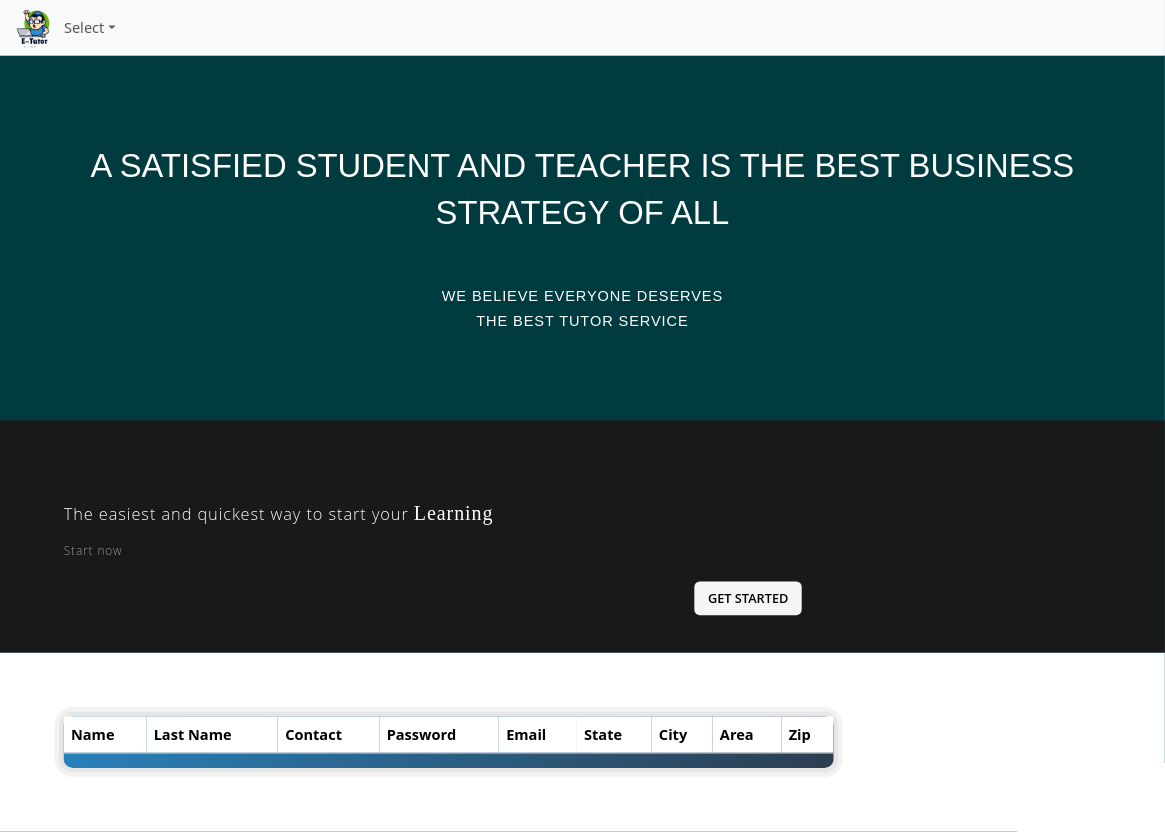
Repository: shailesh89-art/E-tutor-springboot-hibernate
Page: http://localhost/TUTOR_INVENTOR_1/pages/parent_Admin_edit.jsp
These files come from the project's save history. The page is drawn as it stood at one moment and after the next save; the edit follows.
The browser window is 1280 px wide. The pictures show the whole page, at 91% of full size.
Some web libraries are served in a nearby version. The page is served by Tomcat 9. Other server files are loaded and not shown. The template is opened directly, without the code that normally fills it, so the values that code supplies are empty.

Above is the page before, as saved 2023-05-03 14:15:13.

### TUTOR_INVENTOR_1/src/main/webapp/pages/parent_Admin_edit.jsp
<%@ taglib uri="http://www.springframework.org/tags/form" prefix="form"%> <%@ taglib uri="http://java.sun.com/jsp/jstl/core" prefix="c"%>
<!doctype html>
<html lang="en">
  <head>
    <!-- Required meta tags -->
    <meta charset="utf-8">
    <meta name="viewport" content="width=device-width, initial-scale=1, shrink-to-fit=no">

    <!-- Bootstrap CSS -->
      <link href="https://cdn.jsdelivr.net/npm/bootstrap@5.3.0-alpha1/dist/css/bootstrap.min.css" rel="stylesheet" integrity="sha384-GLhlTQ8iRABdZLl6O3oVMWSktQOp6b7In1Zl3/Jr59b6EGGoI1aFkw7cmDA6j6gD" crossorigin="anonymous">
    <script src="https://cdn.jsdelivr.net/npm/bootstrap@5.3.0-alpha1/dist/js/bootstrap.bundle.min.js" integrity="sha384-w76AqPfDkMBDXo30jS1Sgez6pr3x5MlQ1ZAGC+nuZB+EYdgRZgiwxhTBTkF7CXvN" crossorigin="anonymous"></script>
    <link rel="stylesheet" href="https://cdnjs.cloudflare.com/ajax/libs/font-awesome/4.7.0/css/font-awesome.min.css">
    <link rel="icon" type="image/x-icon" href="Assets/imgs/Screenshot_(160)-transformed (1)-fotor-bg-remover-20230423203452.png" >
      <title>Parent Admin</title>
    <style>




     .banner {

            background-size: cover;
            background-repeat: no-repeat;
            background-position: center center;
            width: 100%;
            height: 100%;
              background-color: #00838F;
        }

        .banner .opacity_overlay {
            height: 100%;
            width: 100%;
            background: rgba(0, 0, 0, 0.55);
            padding-top: 100px;
        }

        .banner .opacity_overlay .info {
            text-align: center;
            font-family: 'Montserrat', sans-serif;
        }

        .banner .opacity_overlay .info h2 {
            color: #fff;
            text-transform: uppercase;
            font-size: 36px;
        }

        .banner .opacity_overlay .info hr {
            width: 100px;
            margin-top: 30px;
            margin-bottom: 30px;
        }

        .banner .opacity_overlay .info h3 {
            color: #fff;
            text-transform: uppercase;
            font-size: 16px;
            letter-spacing: 1px;
        }

        .banner .opacity_overlay .secondary_layer {
            background: #191919;
            margin-top: 100px;
            padding-top: 15px;
            padding-bottom: 15px;
            font-family: "Open Sans", Arial, sans-serif;
        }

        .banner .opacity_overlay .secondary_layer .msg {
            font-size: 18px;
            color: #fff;
            font-weight: 300;
            letter-spacing: 1px;
        }

        .banner .opacity_overlay .secondary_layer .msg span {
            font-family: "Shadows Into Light", cursive;
            font-size: 22px;
        }

        .banner .opacity_overlay .secondary_layer .quote {
            font-size: 13px;
            color: #999;
            font-weight: 300;
            letter-spacing: 1px;
        }

        .banner .opacity_overlay .secondary_layer .btn {
            text-decoration: none;
            color: #000;
        }

        .banner .opacity_overlay .secondary_layer .btn button {
            background: #F5F5F5;
            border: none;
            border-radius: 6px;
            padding: 8px 15px;
            text-transform: uppercase;
            font-weight: 600;
            font-size: 14px;
            outline: none;
            transition: background-color 0.2s ease;
        }

        .banner .opacity_overlay .secondary_layer .btn button:hover {
            background: #000;
            color: #fff;
        }

        /* Font size change on browser resize */

        @media screen and (max-width: 991px) {
        .banner .opacity_overlay .info h2 {
            font-size: 30px;
        }
        }

        @media screen and (max-width: 768px) {
        .banner .opacity_overlay .info h2 {
            font-size: 26px;
        }
        }

        @media screen and (max-width: 631px) {
        .banner .opacity_overlay .info h2 {
            font-size: 22px;
        }
        }

        @media screen and (max-width: 534px) {
        .banner .opacity_overlay .info h2 {
            font-size: 20px;
        }
        }

        @media screen and (max-width: 991px) {
        .banner .opacity_overlay .info h3 {
            font-size: 12px;
        }
        }

        @media screen and (max-width: 534px) {
        .banner .opacity_overlay .info h3 {
            font-size: 10px;
        }
        }

        @media screen and (max-width: 768px) {
        .banner .opacity_overlay .secondary_layer .msg {
            font-size: 16px;
        }
        }

        @media screen and (max-width: 534px) {
        .banner .opacity_overlay .secondary_layer .msg {
            font-size: 13px;
        }
        }

        @media screen and (max-width: 768px) {
        .banner .opacity_overlay .secondary_layer .msg span {
            font-size: 18px;
        }
        }

        @media screen and (max-width: 534px) {
        .banner .opacity_overlay .secondary_layer .msg span {
            font-size: 16px;
        }
        }
        /*search button*/




        .advanced{

            text-decoration: none;
            font-size: 15px;
            font-weight: 500;
        }


        .btn-secondary,
        .btn-secondary:focus,
        .btn-secondary:active


         {
            color: #fff;
            background-color: #00838f !important;
            border-color: #00838f !important;
            box-shadow: none;
        }


        .advanced{

            color: #00838f !important;
        }






 .demo{ font-family: 'Noto Sans', sans-serif; }
.panel{
    background: linear-gradient(to right, #2980b9, #2c3e50);
    padding: 0;
    border-radius: 10px;
    border: none;
    box-shadow: 0 0 0 5px rgba(0,0,0,0.05),0 0 0 10px rgba(0,0,0,0.05);
}
.panel .panel-heading{
    padding: 20px 15px;
    border-radius: 10px 10px 0 0;
    margin: 0;
}
.panel .panel-heading .title{
    color: #fff;
    font-size: 28px;
    font-weight: 500;
    text-transform: capitalize;
    line-height: 40px;
    margin: 0;
}
.panel .panel-heading .btn{
    color: rgba(255,255,255,0.5);
    background: transparent;
    font-size: 16px;
    text-transform: capitalize;
    border: 2px solid #fff;
    border-radius: 50px;
    transition: all 0.3s ease 0s;
}
.panel .panel-heading .btn:hover{
    color: #fff;
    text-shadow: 3px 3px rgba(255,255,255,0.2);
}
.panel .panel-heading .form-control{
    color: #fff;
    background-color: transparent;
    width: 35%;
    height: 40px;
    border: 2px solid #fff;
    border-radius: 20px;
    display: inline-block;
    transition: all 0.3s ease 0s;
}
.panel .panel-heading .form-control:focus{
    background-color: rgba(255,255,255,0.2);
    box-shadow: none;
    outline: none;
}
.panel .panel-heading .form-control::placeholder{
    color: rgba(255,255,255,0.5);
    font-size: 15px;
    font-weight: 500;
}
.panel .panel-body{ padding: 0; }
.panel .panel-body .table thead tr th{
    color: #fff;
    background-color: rgba(255, 255, 255, 0.2);
    font-size: 16px;
    font-weight: 500;
    text-transform: uppercase;
    padding: 12px;
    border: none;
}
.panel .panel-body .table tbody tr td{
    color: #fff;
    font-size: 15px;
    padding: 10px 12px;
    vertical-align: middle;
    border: none;
}
.panel .panel-body .table tbody tr:nth-child(even){ background-color: rgba(255,255,255,0.05); }
.panel .panel-body .table tbody .action-list{
    padding: 0;
    margin: 0;
    list-style: none;
}
.panel .panel-body .table tbody .action-list li{
    display: inline-block;
    margin: 0 5px;
}
.panel .panel-body .table tbody .action-list li a{
    color: #fff;
    font-size: 15px;
    position: relative;
    z-index: 1;
    transition: all 0.3s ease 0s;
}
.panel .panel-body .table tbody .action-list li a:hover{ text-shadow: 3px 3px 0 rgba(255,255,255,0.3); }
.panel .panel-body .table tbody .action-list li a:before,
.panel .panel-body .table tbody .action-list li a:after{
    content: attr(data-tip);
    color: #fff;
    background-color: #111;
    font-size: 12px;
    padding: 5px 7px;
    border-radius: 4px;
    text-transform: capitalize;
    display: none;
    transform: translateX(-50%);
    position: absolute;
    left: 50%;
    top: -32px;
    transition: all 0.3s ease 0s;
}
.panel .panel-body .table tbody .action-list li a:after{
    content: '';
    height: 15px;
    width: 15px;
    padding: 0;
    border-radius: 0;
    transform: translateX(-50%) rotate(45deg);
    top: -18px;
    z-index: -1;
}
.panel .panel-body .table tbody .action-list li a:hover:before,
.panel .panel-body .table tbody .action-list li a:hover:after{
    display: block;
}
.panel .panel-footer{
    color: #fff;
    background-color: transparent;
    padding: 15px;
    border: none;
}
.panel .panel-footer .col{ line-height: 35px; }
.pagination{ margin: 0; }
.pagination li a{
    color: #fff;
    background-color: transparent;
    border: 2px solid transparent;
    font-size: 18px;
    font-weight: 500;
    text-align: center;
    line-height: 31px;
    width: 35px;
    height: 35px;
    padding: 0;
    margin: 0 3px;
    border-radius: 50px;
    transition: all 0.3s ease 0s;
}
.pagination li a:hover{
    color: #fff;
    background-color: transparent;
    border-color: rgba(255,255,255,0.2);
}
.pagination li a:focus,
.pagination li.active a,
.pagination li.active a:hover{
    color: #fff;
    background-color: transparent;
    border-color: #fff;
}
.pagination li:first-child a,
.pagination li:last-child a{
    border-radius: 50%;
}
.container{


    padding:60px;
    margin:10px;
}
 #logo{
        width: 4%;
      }
@media only screen and (max-width:767px){
    .panel .panel-heading .title{
        text-align: center;
        margin: 0 0 10px;
    }
    .panel .panel-heading .btn_group{ text-align: center; }
    .container{

        padding: 45px;
    }
     #logo{
        width: 19%;
      }
}







   }
    </style>
  </head>
  <body>
  <nav class="navbar navbar-expand-lg navbar-light bg-light">
        <div class="container-fluid">
           <img  id="logo" src="Assets/imgs/Screenshot_(160)-transformed (1)-fotor-bg-remover-20230423203452.png" alt="">
          <button class="navbar-toggler" type="button" data-bs-toggle="collapse" data-bs-target="#navbarColor03" aria-controls="navbarColor03" aria-expanded="false" aria-label="Toggle navigation">
            <span class="navbar-toggler-icon"></span>
          </button>
          <div class="collapse navbar-collapse" id="navbarColor03">
            <ul class="navbar-nav me-auto">

              <li class="nav-item dropdown">
                <a class="nav-link dropdown-toggle" data-bs-toggle="dropdown" href="#" role="button" aria-haspopup="true" aria-expanded="false">Select</a>
                <div class="dropdown-menu">
                  <a class="dropdown-item" href="ebook_list">book</a>

                  <a class="dropdown-item" href="/parentlogout">Log Out</a>
                  </div>
              </li>

            </ul>
          </div>
        </div>
      </nav>
      <div class="banner">
    	<div class="opacity_overlay">
    		<div class="info">
    			<h2>A satisfied Student and Teacher is the best business</h2>
    			<h2>strategy of all</h2>
    			<hr>
    			<h3>We believe everyone deserves</h3>
    			<h3>The best tutor service</h3>
    		</div>

    		<div class="secondary_layer">
    			<div class="container">
    				<div class="col-md-8 col-sm-6">
    					<p class="msg">The easiest and quickest way to start your <span>Learning</span></p>
    					<p class="quote">Start now</p>
    				</div>
    				<div class="col-md-4 col-sm-6 pull-right">
    					<a href="ebook_list" class="btn" ><button type="submit">Get Started</button></a>

    				</div>
    			</div>
    		</div>

    	</div>
    </div>


   <div class="container">

    <div class="row">
        <div class="col-md-offset-1 col-md-10">
            <div class="panel">

                <div class="panel-body table-responsive">

<table class="table">
<tr>
<th>Name</th>
<th>Last Name</th>
<th>Contact</th>
<th>Password</th>
<th>Email</th>
<th>State</th>
<th>City</th>
<th>Area</th>
<th>Zip</th>
</tr>
<c:forEach  items="${parent}" var="e">
<tr>

<td>${e.fname}</td>
<td>${e.lname}</td>
<td>${e.contact}</td>
<td>${e.pass}</td>
<td>${e.email}</td>
<td>${e.state}</td>
<td>${e.city}</td>
<td>${e.area}</td>
<td>${e.zip}</td>
<td>

  <a href="edit_parent?id=${e.id}"><i class='fa fa-edit' style="color:blue"></i></a> |
          <a href="delete_parentfirst?id=${e.id}"><i class="fa fa-trash" style="color:blue"></i></a>
        </td>
</tr>
</c:forEach>
</table>
</div>
</div>
</div>
</div>
</div>

 <script src="https://code.jquery.com/jquery-3.2.1.slim.min.js" integrity="sha384-KJ3o2DKtIkvYIK3UENzmM7KCkRr/rE9/Qpg6aAZGJwFDMVNA/GpGFF93hXpG5KkN" crossorigin="anonymous"></script>
    <script src="https://cdn.jsdelivr.net/npm/popper.js@1.12.9/dist/umd/popper.min.js" integrity="sha384-ApNbgh9B+Y1QKtv3Rn7W3mgPxhU9K/ScQsAP7hUibX39j7fakFPskvXusvfa0b4Q" crossorigin="anonymous"></script>
    <script src="https://cdn.jsdelivr.net/npm/bootstrap@4.0.0/dist/js/bootstrap.min.js" integrity="sha384-JZR6Spejh4U02d8jOt6vLEHfe/JQGiRRSQQxSfFWpi1MquVdAyjUar5+76PVCmYl" crossorigin="anonymous"></script>
</body>

After the next save:
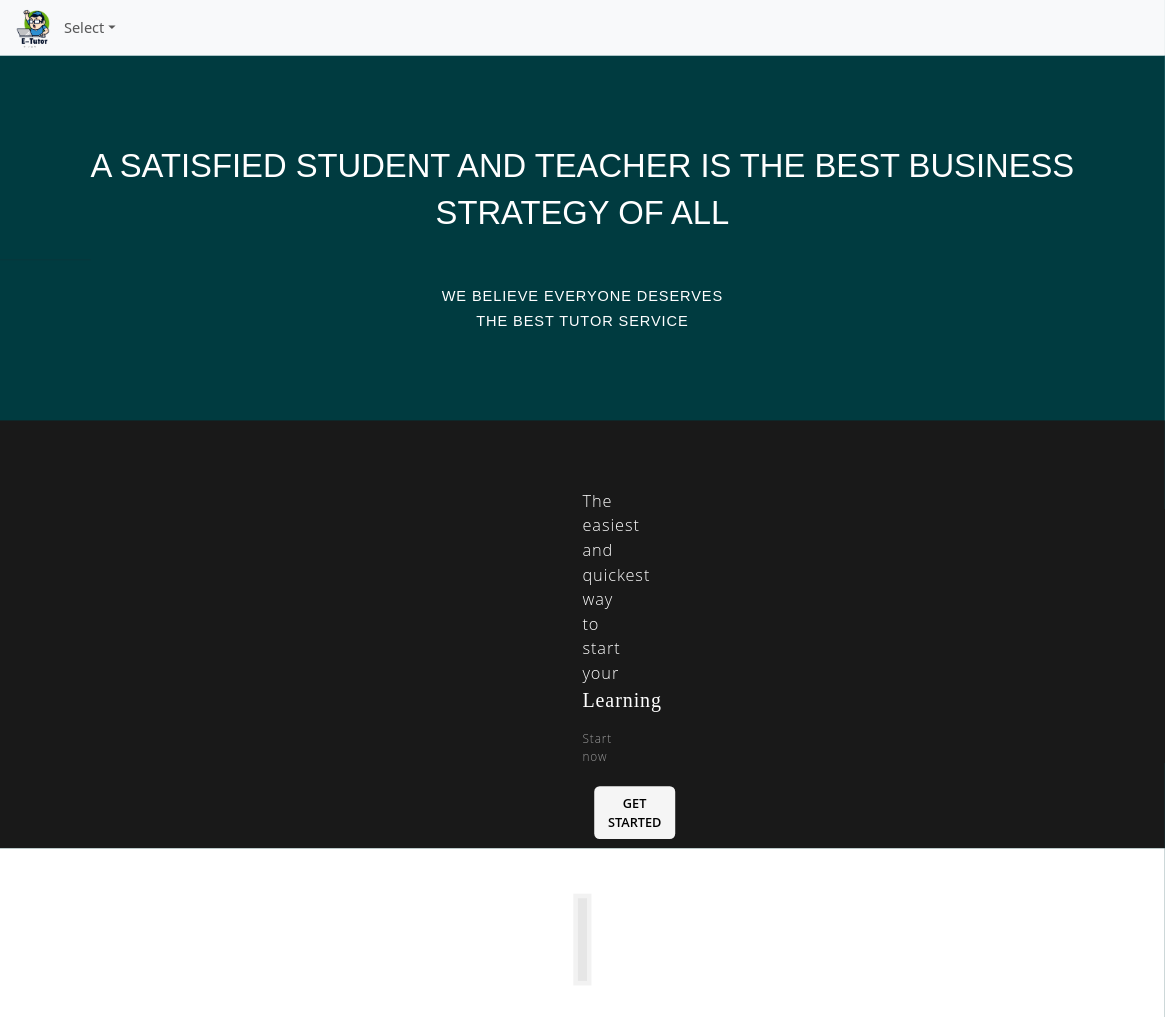
Saved 21 s later.
--- a/TUTOR_INVENTOR_1/src/main/webapp/pages/parent_Admin_edit.jsp
+++ b/TUTOR_INVENTOR_1/src/main/webapp/pages/parent_Admin_edit.jsp
@@ -366,7 +366,7 @@
 
 
     padding:60px;
-    margin:10px;
+  width:100px;
 }
  #logo{
         width: 4%;
